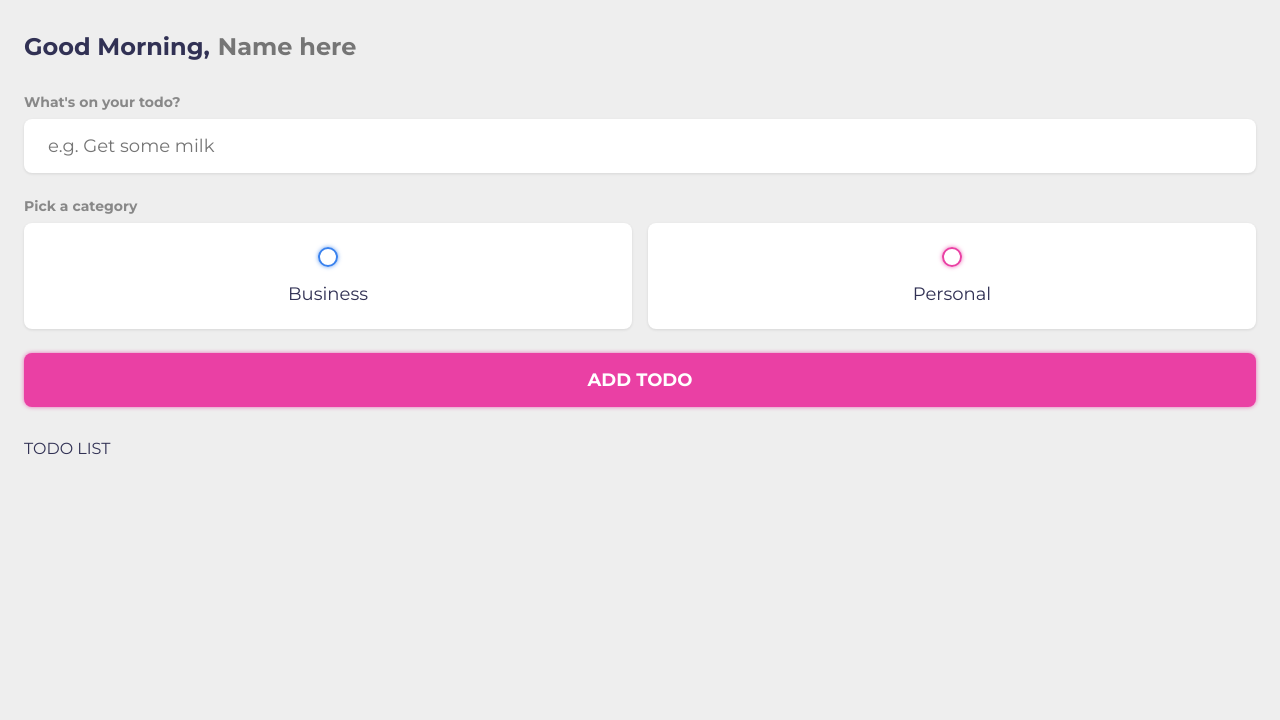
Repository: kluivert-ssali/kaDo_final
Page: index.html
These files come from the project's save history. The page is drawn as it stood at one moment and after the next save; the edit follows.
The browser window is 1280 px wide. The pictures show the whole page.
Some web libraries are served in a nearby version.

Above is the page before, as saved 2023-06-11 21:14:50.

After the next save:
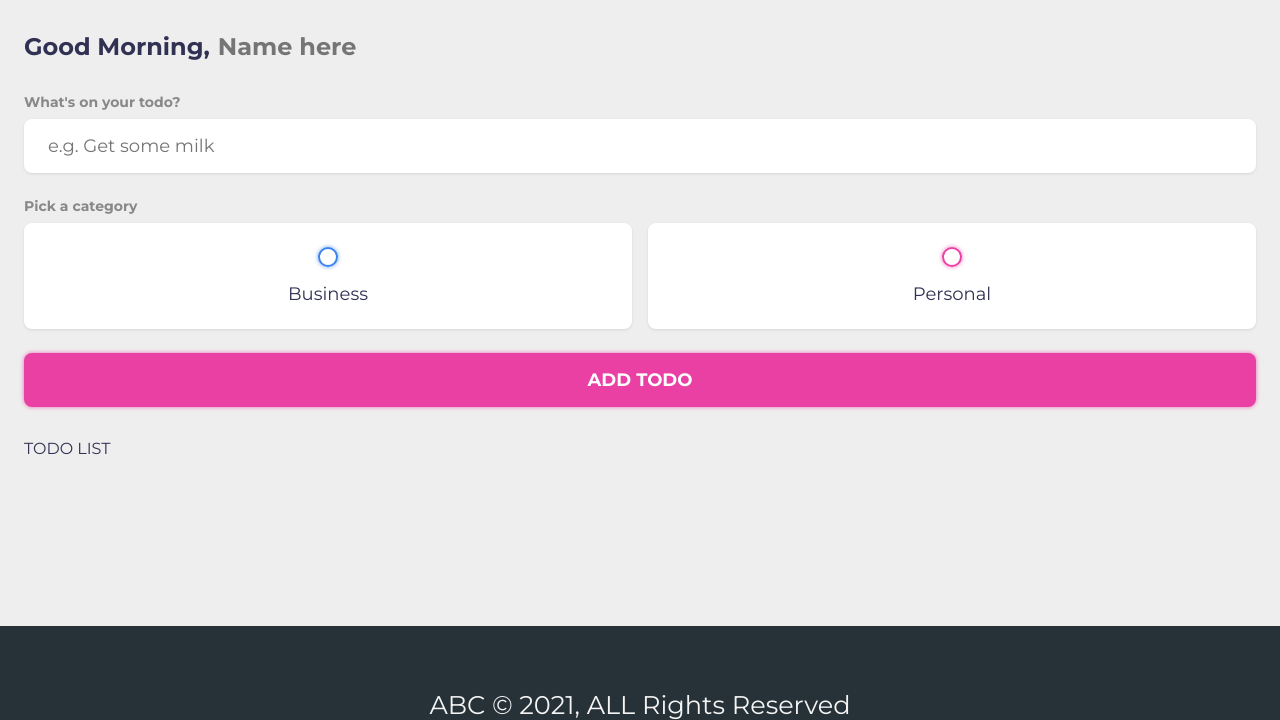
Saved 4 s later.
--- a/index.html
+++ b/index.html
@@ -86,5 +86,14 @@
     <!-- JS Import -->
     <script src="main.js"></script>
     <!-- End of JS Import -->
+    <footer class="footer">
+      <div class="icons">
+        <a href="#"><i class="fab fa-facebook"></i></a>
+        <a href="#"><i class="fab fa-linkedin"></i></a>
+        <a href="#"><i class="fab fa-instagram"></i></a>
+        <a href="#"><i class="fab fa-twitter"></i></a>
+        <p class="company-name">ABC &copy; 2021, ALL Rights Reserved</p>
+      </div>
+    </footer>
   </body>
 </html>
